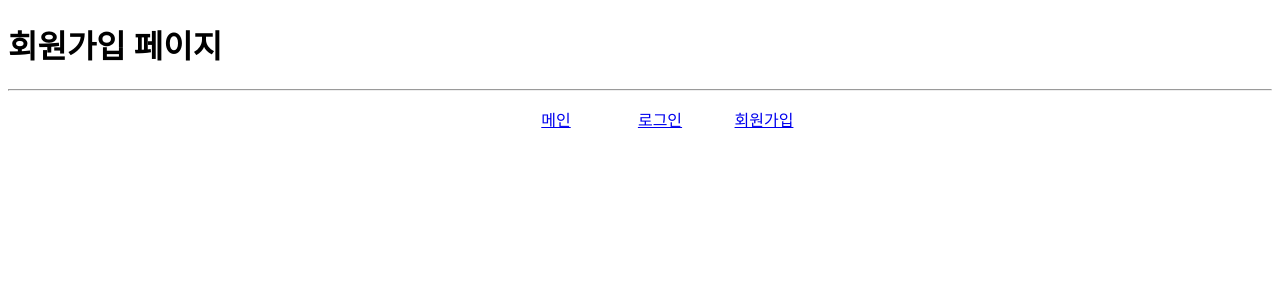
Repository: codingspecialist/jsp-weekend
Page: http://localhost/cos/join.jsp
The author's editor kept a copy of each file at every save. The page is drawn from the files as they stood at one save, then again after the next save.
The browser window is 1280 px wide. The pictures show the whole page.
The page is served by Tomcat 9. Other server files are loaded and not shown.

Above is the page before, as saved 2020-08-22 02:42:57.

### cos/WebContent/join.jsp
<%@ page language="java" contentType="text/html; charset=UTF-8"
    pageEncoding="UTF-8"%>
<!DOCTYPE html>
<html>
<head>
<meta charset="UTF-8">
<title>회원가입 페이지</title>
<style>
	ul {
		text-align: center;
	}

	li {
		display: inline-block;
		width: 100px;
	}
</style>
</head>
<body>
<h1>회원가입 페이지</h1>
<hr/>
<ul>
	<li><a href="main.jsp">메인</a></li>
	<li><a href="login.jsp">로그인</a></li>
	<li><a href="join.jsp">회원가입</a></li>
</ul>
</body>
</html>

After the next save:
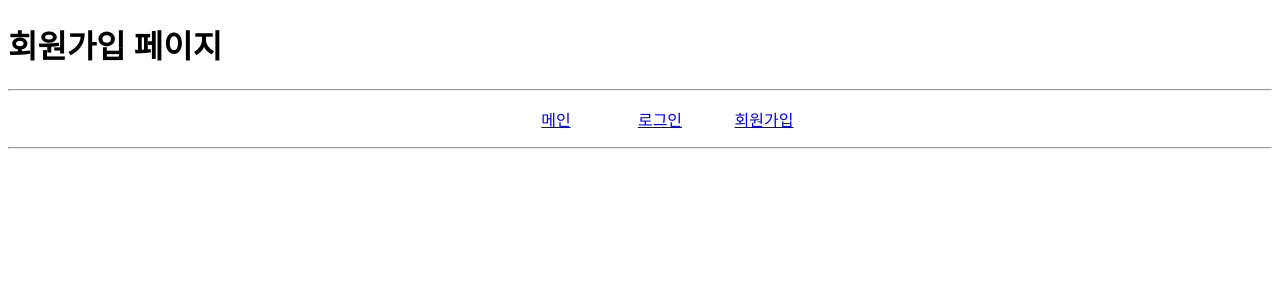
Saved 71 s later.
--- a/cos/WebContent/join.jsp
+++ b/cos/WebContent/join.jsp
@@ -24,5 +24,8 @@
 	<li><a href="login.jsp">로그인</a></li>
 	<li><a href="join.jsp">회원가입</a></li>
 </ul>
+<hr/>
+
+
 </body>
 </html>
